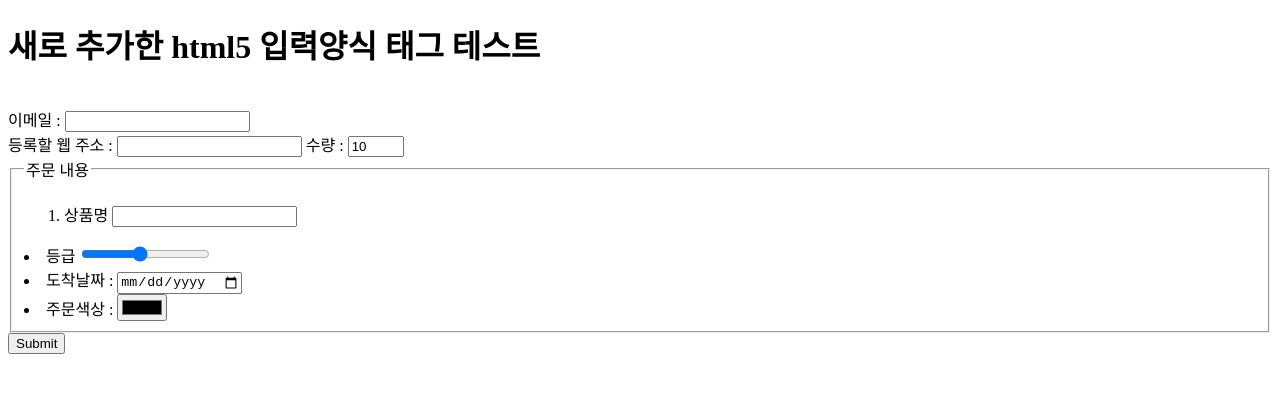
Repository: seokhoyoun/HTML_CSS
Page: html5Projects/web/views/testForm.html
An editor plug-in stored every save of this project. The page is shown before and after the next save, followed by the edit.
The browser window is 1280 px wide. The pictures show the whole page.

Above is the page before, as saved 2019-02-01 10:59:48.

### html5Projects/web/views/testForm.html
<!DOCTYPE html>
<html>
<head>
<meta charset="UTF-8">
<title>web form</title>
</head>
<body>
<h1>새로 추가한 html5 입력양식 태그 테스트</h1>
<br>
<form method="post" action="">
이메일 : <input type="email" name="email"> <br>
<label for="weburl">등록할 웹 주소 : </label>
<input type="url" name="url" id="weburl">
<label>수량 : <input type="number" min="2" max="30"
step="2" value="10"></label><br>
<fieldset>
<legend>주문 내용</legend>
<ol><li>
	<label for="p">상품명</label>
	<input id="p" type="text" size="20">
</li></ol>
	<li>
		<label for="level">등급</label>
		<input id="level" type="range" min="1" max="10" value="5" step="2">
	</li>
	<li>
		<label>도착날짜 : <input type="date"></label>
	</li>
	<li>
		<label>주문색상 : <input type="color"></label>
	</li>

</fieldset>
<input type="submit">
</form>


</body>
</html>

After the next save:
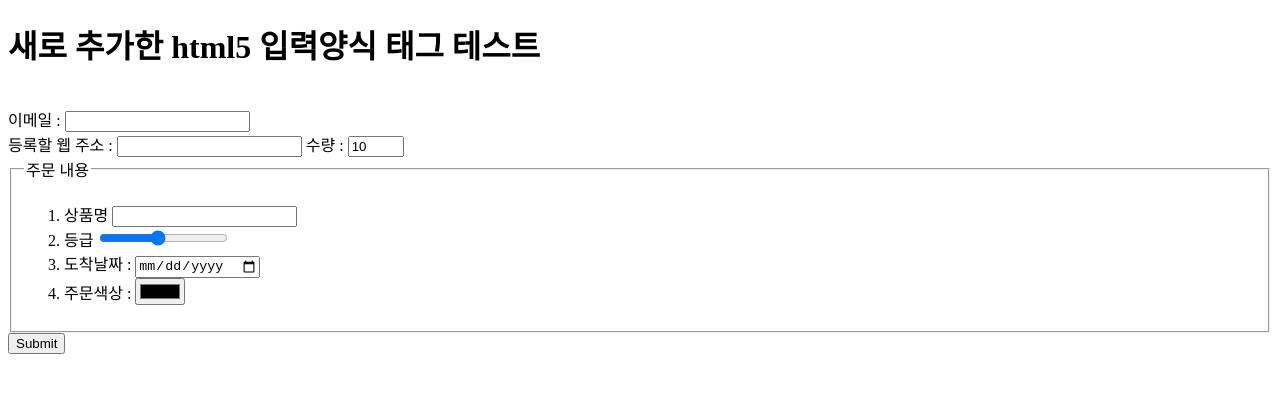
Saved 11 s later.
--- a/html5Projects/web/views/testForm.html
+++ b/html5Projects/web/views/testForm.html
@@ -18,7 +18,7 @@ step="2" value="10"></label><br>
 <ol><li>
 	<label for="p">상품명</label>
 	<input id="p" type="text" size="20">
-</li></ol>
+</li>
 	<li>
 		<label for="level">등급</label>
 		<input id="level" type="range" min="1" max="10" value="5" step="2">
@@ -29,7 +29,7 @@ step="2" value="10"></label><br>
 	<li>
 		<label>주문색상 : <input type="color"></label>
 	</li>
-
+</ol>
 </fieldset>
 <input type="submit">
 </form>
